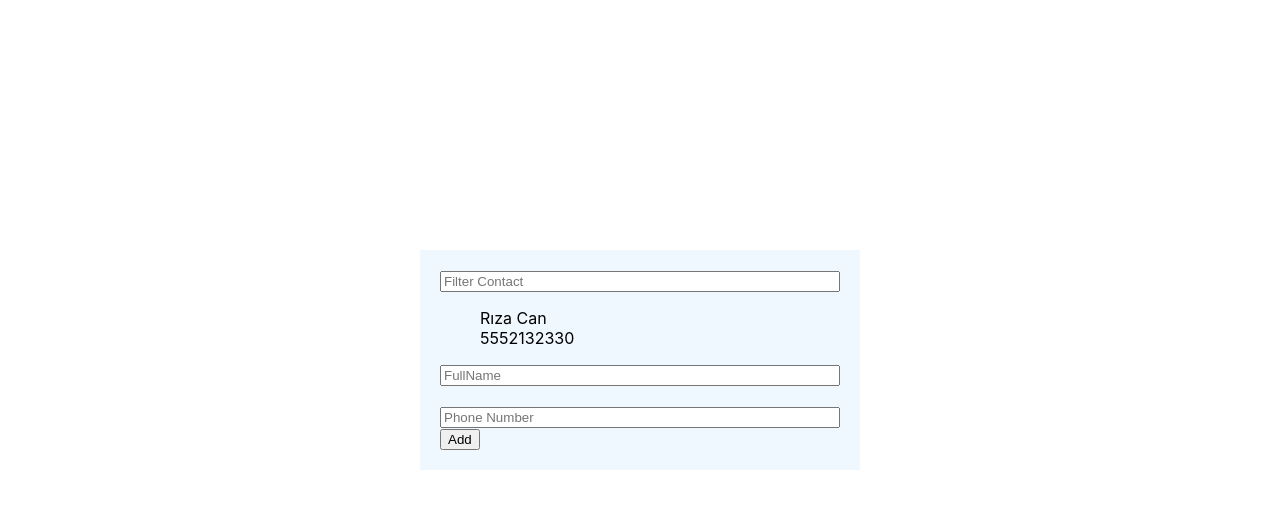
Repository: rizacantire/patika-react
Page: / (app in hello/)
These files come from the project's save history. The page is drawn as it stood at one moment and after the next save; the edit follows.
The browser window is 1280 px wide. The pictures show the whole page.
The project was rebuilt for these pictures with package versions that can differ from the ones it lists, and the page was loaded fresh each time.

Above is the page before, as saved 2021-12-14 14:55:24.

### hello/src/App.js

import './App.css';
import Contacts from './components/Contacts';

function App() {

  return (
    <div className="App">
      <Contacts/>
    </div>
  );
}

export default App;

### hello/src/App.css
.App {
  display: flex;
  justify-content: center;
  align-items: center;
  min-height: 100vh;


}

#container{
  width: 400px;
  background-color: aliceblue;
  padding:20px
}
input{
  width:  100%;
  box-sizing: border-box;
  -webkit-box-sizing: border-box;
  -moz-box-sizing: border-box;
}
li {
  list-style-type: none;
  margin: 0;
  padding: 0;
}

.list {
  margin: 15px;
}
.list >li {

}

### hello/src/components/Contacts/index.js
import React, { useEffect, useState } from 'react'
import Form from './Form'
import ContactList from './List'
function Contacts() {
    const [contacts, setContacts] = useState([{fullname:"Rıza Can",phone_number:5552132330}])
    useEffect(()=>{
        console.log(contacts);
    },[contacts])
    return (
        <div id="container">
            <ContactList contacts={contacts}/>
            <Form addContact={setContacts} contacts={contacts}/>
        </div>
    )
}

export default Contacts

### hello/src/components/Contacts/Form/index.js
import React, { useState } from 'react'

function Form({addContact,contacts}) {
    const initialFormValues = {fullname:"",phone_number:""}
    const [form, setForm] = useState(initialFormValues)

    const onChangeInput = (e)=>{
        setForm({...form,[e.target.name]:e.target.value})
    }

    const onSubmit = (e)=>{
        e.preventDefault()
        if(form.fullname === ""|| form.phone_number===""){
            return false;
        }
        addContact([...contacts,form])
        setForm(initialFormValues)
    }
    return (
        <div>
            <form onSubmit={onSubmit} >
            <input name="fullname"  placeholder='FullName'
            value={form.fullname}
             onChange={onChangeInput}/>
            <br/>
            <br/>
            <input value={form.phone_number} name="phone_number"  placeholder='Phone Number' onChange={onChangeInput}/>
            <div><button>Add</button></div>
            </form>

        </div>
    )
}

export default Form

### hello/src/components/Contacts/List/index.js
import React, { useState } from 'react'
import { useEffect } from 'react/cjs/react.development'

function ContactList({contacts}) {
    const [filterText, setFilterText] = useState("")
    const filtered = contacts.filter((item)=>{
        return Object.keys(item).some((key)=>
            item[key].toString().toLowerCase().includes(filterText.toLocaleLowerCase())
        )
    })
    useEffect(() => {
        console.log(filtered);
    },[filterText])


    return (
        <div>
            <input placeholder='Filter Contact' value={filterText} onChange={(e)=>{
                setFilterText(e.target.value)
            }} />


            <ul>
            {filtered.map((c,i)=>(

               <li key={i}>{c.fullname}
               <br/>
              {c.phone_number}</li>


            ))} </ul>
        </div>
    )
}

export default ContactList

Loaded but not shown: hello/public/index.html (common file); hello/src/index.js (common file); hello/src/index.css (common file); hello/src/reportWebVitals.js (common file)

After the next save:
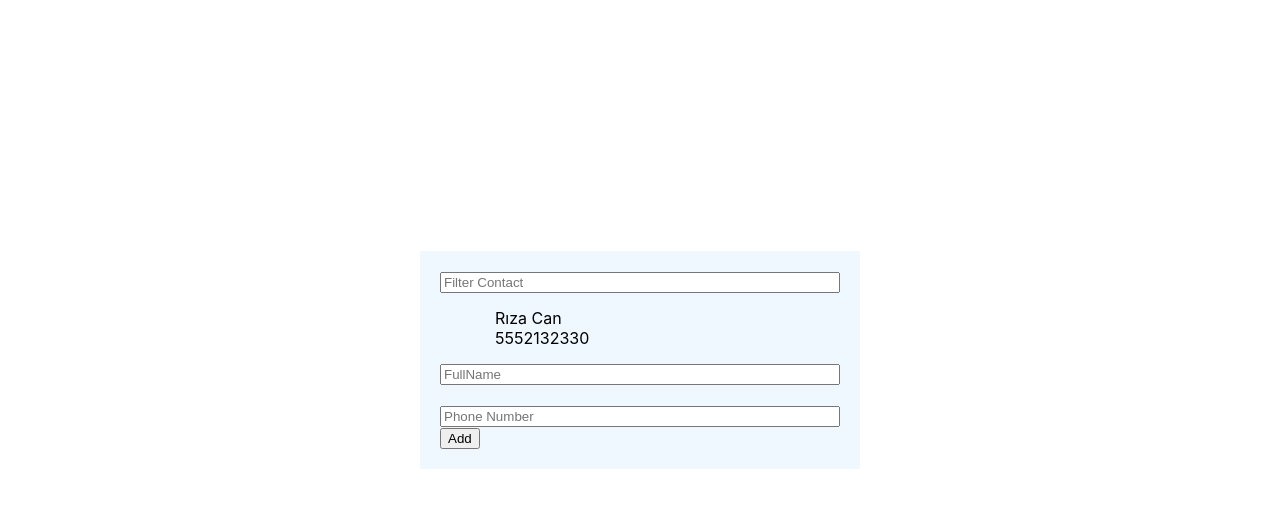
Saved 25 s later.
--- a/hello/src/components/Contacts/List/index.js
+++ b/hello/src/components/Contacts/List/index.js
@@ -20,7 +20,7 @@ function ContactList({contacts}) {
             }} />
 
 
-            <ul>
+            <ul className='list'>
             {filtered.map((c,i)=>(
 
                <li key={i}>{c.fullname}
